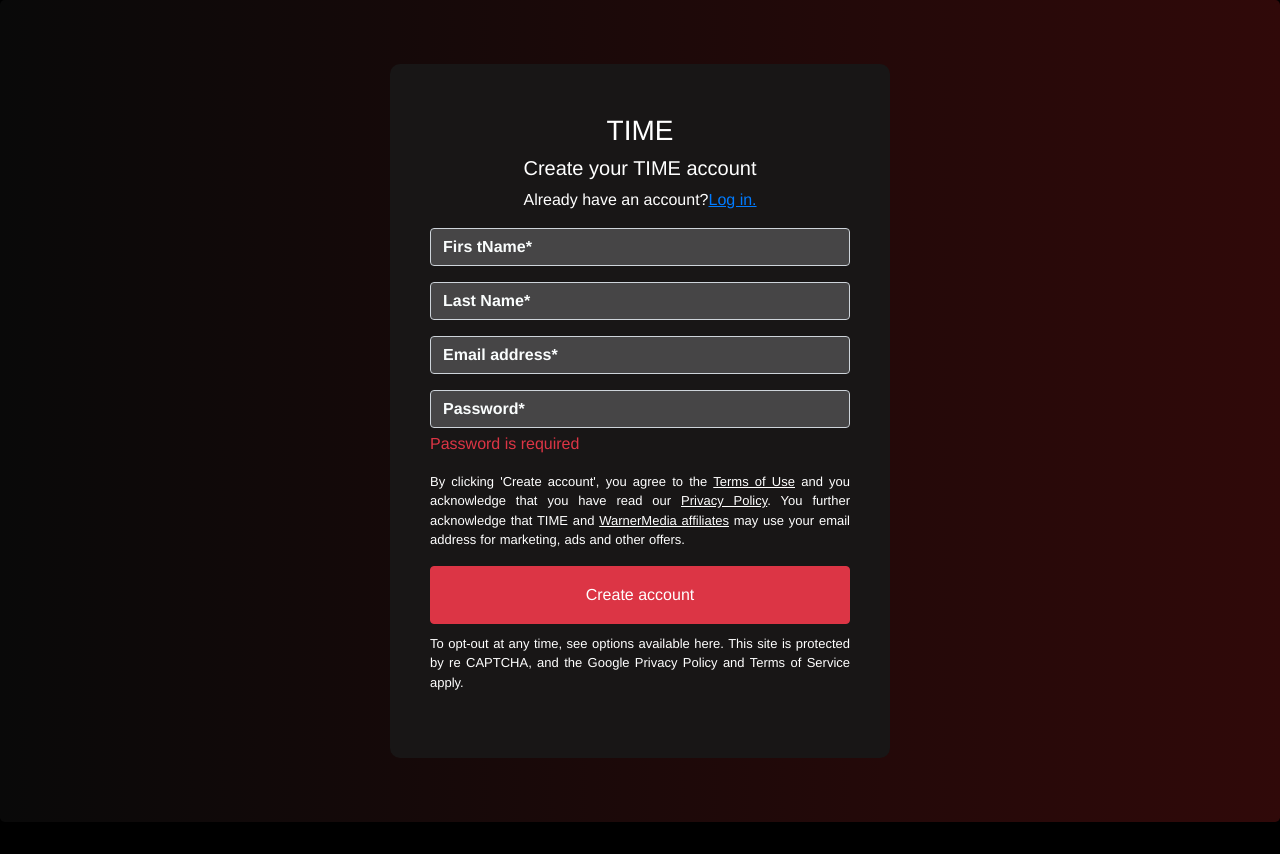
Repository: Vu14082002/WebTinTuc
Page: html/SignUp.html
The author's editor kept a copy of each file at every save. The page is drawn from the files as they stood at one save, then again after a run of saves.
The browser window is 1280 px wide. The pictures show the whole page.
Some web libraries are served in a nearby version.

Above is the page before, as saved 2022-04-12 20:57:22.

After the next 3 saves:
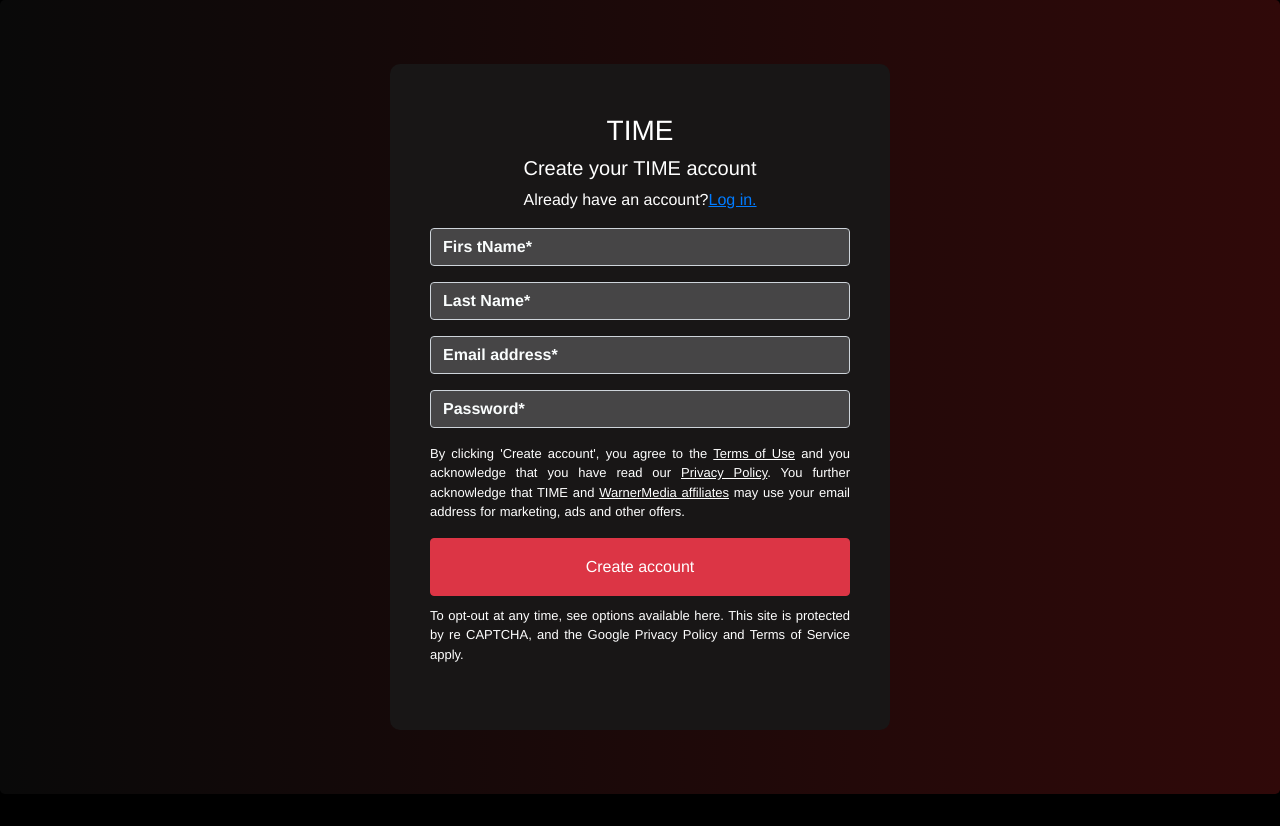
The 3 saves are shown as one change because they came seconds apart.
The last was saved 15 s later.
--- a/html/SignUp.html
+++ b/html/SignUp.html
@@ -40,9 +40,9 @@
                 <p class="text-left mt-1">
                     <span id="checkEmail"  class="checkLogin text-left text-right mb-2 text-danger" ><span>
                 </p>
-                <input type="password" id="pass"  placeholder="Password*" class="form-control text-light"  required>
+                <input type="password" id="pass"  placeholder="Password*" class="form-control text-light" onchange="" required>
                 <p class="text-left mt-1">
-                    <span id="checkPass"  class="checkLogin text-left text-right mb-2 text-danger" >Password is required <span>
+                    <span id="checkPass"  class="checkLogin text-left text-right mb-2 text-danger" ><span>
                 </p>
                 <p class=" text-justify">
                     By clicking 'Create account', you agree to the <a  class="theA" href="../html/TermsOfuse.html">Terms of Use</a> and you acknowledge that you have read our
